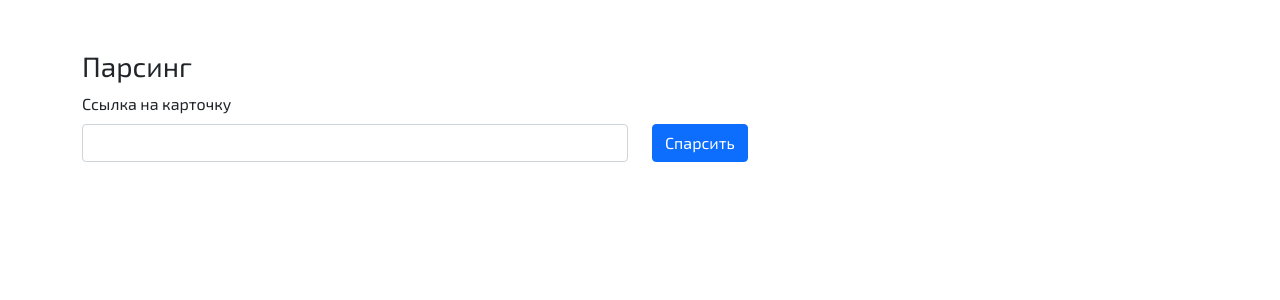
Repository: yozuul/wildberries-product-card-parser-api-exchange
Page: public/index.html
These files come from the project's save history. The page is drawn as it stood at one moment and after the next save; the edit follows.
The browser window is 1280 px wide. The pictures show the whole page.

Above is the page before, as saved 2021-08-18 19:56:48.

After the next save:
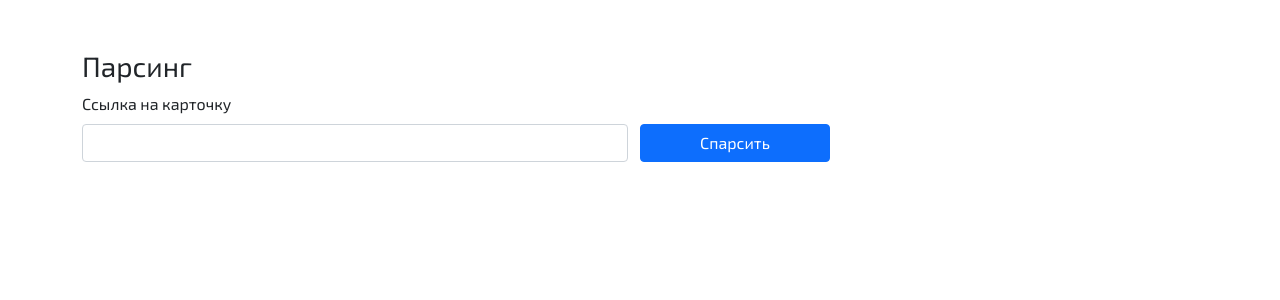
Saved 23 s later.
--- a/public/index.html
+++ b/public/index.html
@@ -19,9 +19,7 @@
                <label for="cardProductURL" class="form-label">Ссылка на карточку</label>
                <input type="text" class="form-control" id="cardProductURL">
             </div>
-            <div class="mb-3 col-2">
-               <button type="submit" class="btn btn-primary flex">Спарсить</button>
-            </div>
+            <button type="submit" class="btn btn-primary mb-3 col-2">Спарсить</button>
 
           </form>
       </div>
